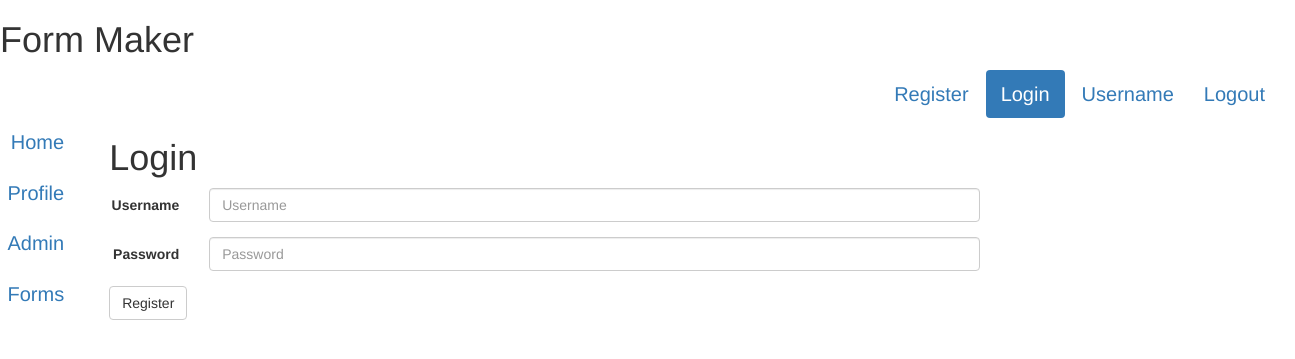
Repository: dishant8/Web-development
Page: public/WebDevWorkspace/Assignment1/WebContent/Css/Bootstrap/login.html
The author's editor kept a copy of each file at every save. The page is drawn from the files as they stood at one save, then again after the next save.
The browser window is 1280 px wide. The page is 1295 px wide, so the pictures cover 1295 px, including what lies to the right of the window. The pictures show the whole page.

Above is the page before, as saved 2015-09-30 23:57:24.

After the next save:
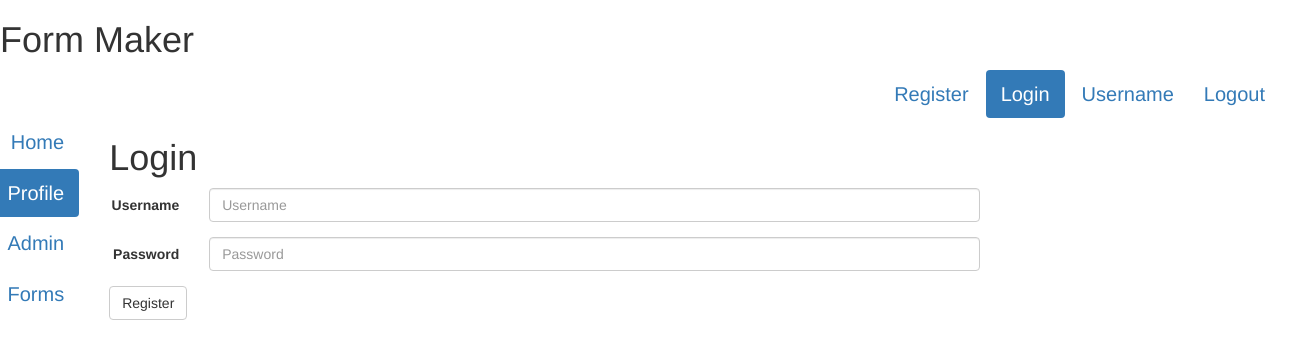
Saved 30 s later.
--- a/public/WebDevWorkspace/Assignment1/WebContent/Css/Bootstrap/login.html
+++ b/public/WebDevWorkspace/Assignment1/WebContent/Css/Bootstrap/login.html
@@ -33,7 +33,7 @@
 
 			<ul class="nav nav-pills nav-stacked">
 				<li role="presentation""><a href="home.html">Home</a></li>
-				<li role="presentation"><a href="profile.html">Profile</a></li>
+				<li role="presentation" class="active"><a href="profile.html">Profile</a></li>
 				<li role="presentation"><a href="admin.html">Admin</a></li>
 				<li role="presentation"><a href="forms.html">Forms</a></li>
 			</ul>

After the save that followed:
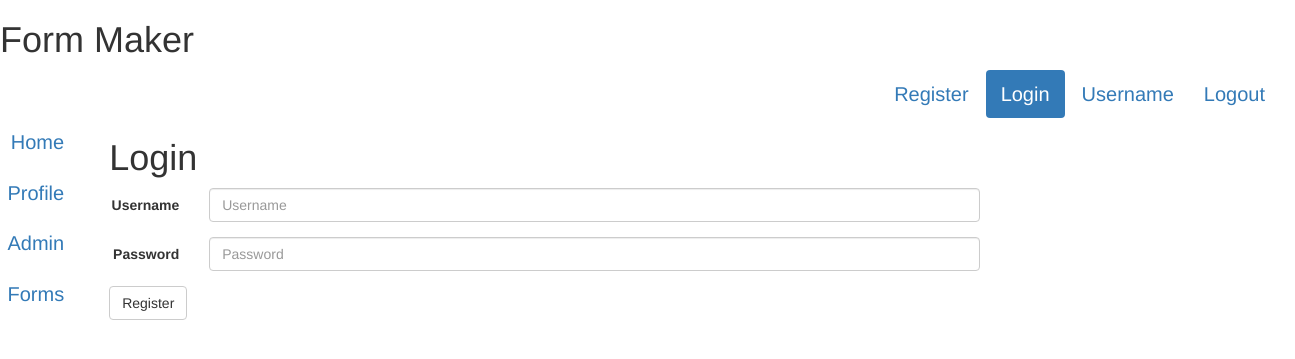
Saved 13 s later.
--- a/public/WebDevWorkspace/Assignment1/WebContent/Css/Bootstrap/login.html
+++ b/public/WebDevWorkspace/Assignment1/WebContent/Css/Bootstrap/login.html
@@ -33,7 +33,7 @@
 
 			<ul class="nav nav-pills nav-stacked">
 				<li role="presentation""><a href="home.html">Home</a></li>
-				<li role="presentation" class="active"><a href="profile.html">Profile</a></li>
+				<li role="presentation" ><a href="profile.html">Profile</a></li>
 				<li role="presentation"><a href="admin.html">Admin</a></li>
 				<li role="presentation"><a href="forms.html">Forms</a></li>
 			</ul>
